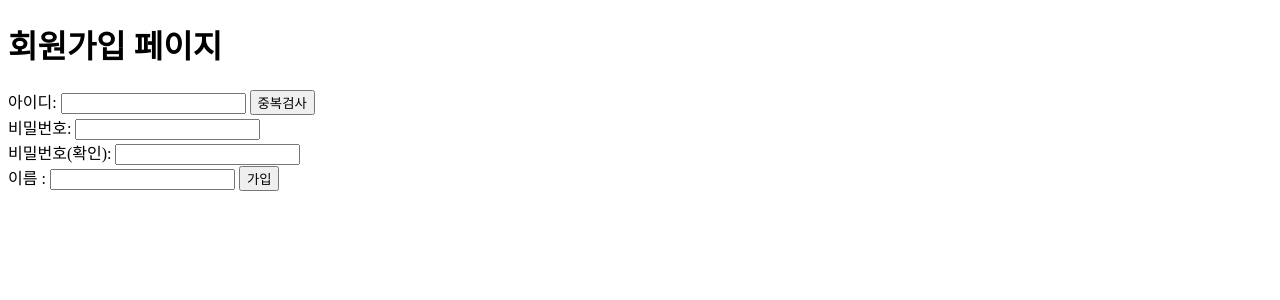
Repository: rmh6363/javastudy
Page: HelloWorld/WebContent/d.html
These files come from the project's save history. The page is drawn as it stood at one moment and after the next save; the edit follows.
The browser window is 1280 px wide. The pictures show the whole page.

Above is the page before, as saved 2020-12-04 07:15:04.

### HelloWorld/WebContent/d.html
<!DOCTYPE html>
<html>
<head>
<meta charset="UTF-8">
<title>Insert title here</title>
</head>
<body>
<h1>회원가입 페이지</h1>

<form action="a.html" method="post">
<label for="id">아이디: </label>
<input id ="id" name="id"> <button>중복검사</button>
<br>
<label for="pw1">비밀번호: </label>
<input id = "pw1" type="password" name = "pw1">
<br>
<label for="pw2">비밀번호(확인): </label>
<input id = "pw2" type="password" name = "pw2">
<br>
<label for="name">이름 : </label>
<input id="name"  name = "name">




<input type="submit" value="가입">

</form>
</body>
</html>

After the next save:
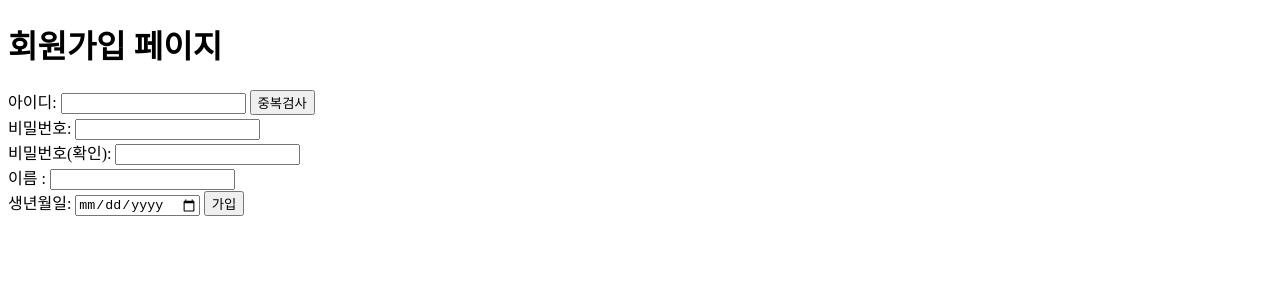
Saved 91 s later.
--- a/HelloWorld/WebContent/d.html
+++ b/HelloWorld/WebContent/d.html
@@ -19,7 +19,9 @@
 <br>
 <label for="name">이름 : </label>
 <input id="name"  name = "name">
-
+<br>
+<label for = "brith">생년월일:</label>
+<input id = "birth" type="date" name = "birth">
 
 
 
